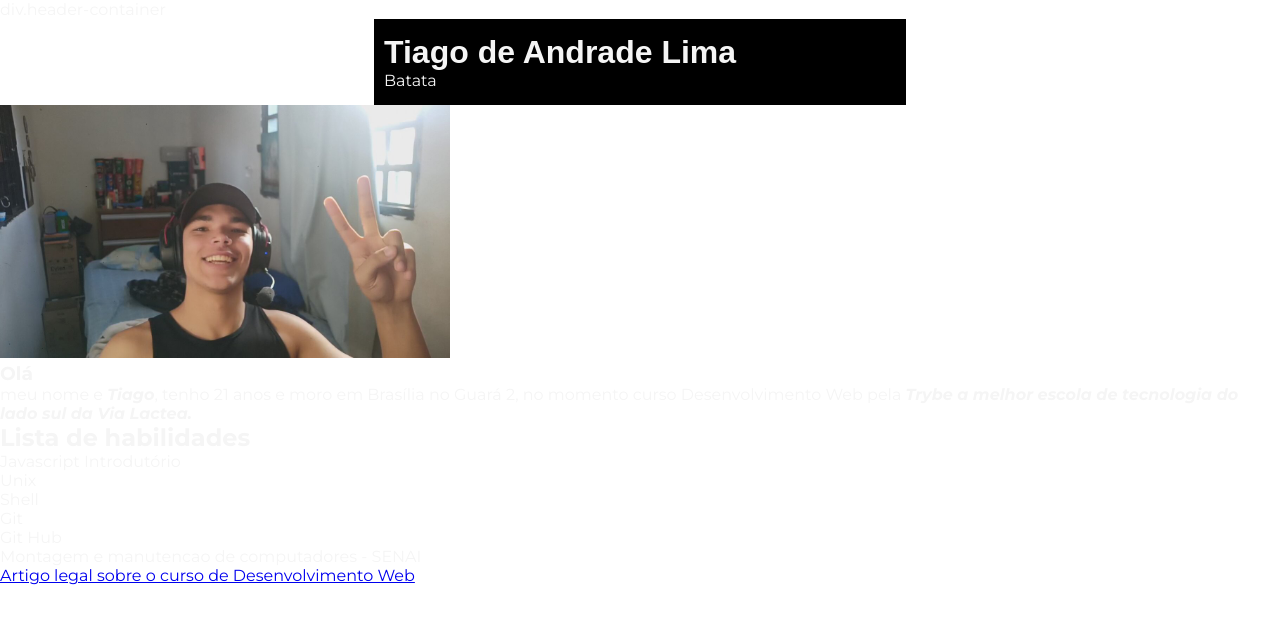
Repository: Batatiago/Batatiago.github.io
Page: index.html
An editor plug-in stored every save of this project. The page is shown before and after the next save, followed by the edit.
The browser window is 1280 px wide. The pictures show the whole page.

Above is the page before, as saved 2023-06-29 10:38:21.

### index.html
<!DOCTYPE html>
<html lang="pt-br">

<head>
  <meta charset="UTF-8">
  <title>Tiago de Andrade Lima</title>
  <link rel="preconnect" href="https://fonts.googleapis.com">
  <link rel="preconnect" href="https://fonts.gstatic.com" crossorigin>
  <link href="https://fonts.googleapis.com/css2?family=Montserrat:ital,wght@0,100;0,200;0,300;0,400;0,500;0,600;0,700;0,800;0,900;1,100;1,200;1,300;1,400;1,500;1,600;1,700;1,800;1,900&display=swap"
    rel="stylesheet">
  <link rel="stylesheet" href="style.css">
</head>

<body>
  div.header-container
  <div class="header">
    <h1 class="meuNome"> Tiago de Andrade Lima</h1>
    <p>Batata</p>
  </div>
  <div>
    <img src="2023-06-23-160707.jpg" alt="Imagem de Tiago" id="foto" width="450px">
    <h3>Olá</h3>
    <p class="descricao"> meu nome e <strong><em>Tiago</em></strong>, tenho 21 anos e moro em Brasília no Guará 2, no
      momento curso Desenvolvimento
      Web pela <strong><em>Trybe a melhor escola de tecnologia do lado sul da Via Lactea.</em></strong></p>
  </div>
  <div>
    <h2>Lista de habilidades</h2>
    <ul>
      <li class="javascript">Javascript Introdutório</li>
      <li class="unix">Unix</li>
      <li class="shell">Shell</li>
      <li class="git">Git</li>
      <li class="gitHub">Git Hub</li>
      <li>Montagem e manutencao de computadores - SENAI</li>
    </ul>
  </div>
  <a href="https://blog.betrybe.com/carreira/frontend/" target="_blank">Artigo legal sobre o curso de Desenvolvimento
    Web</a>
</body>

</html>

### style.css
* {
    margin: 0;
    padding: 0;
    border: 0;
}

body {
    font-family: 'Montserrat', sans-serif;
    color: whitesmoke;
}

.header-container {
    background-color: black;
}
.header {
    background-color: black;
    text-align: auto;
    padding: 15px 10px;
    width: 40%;
    margin: auto;
}


.meuNome {
    font-family: sans-serif;
}

After the next save:
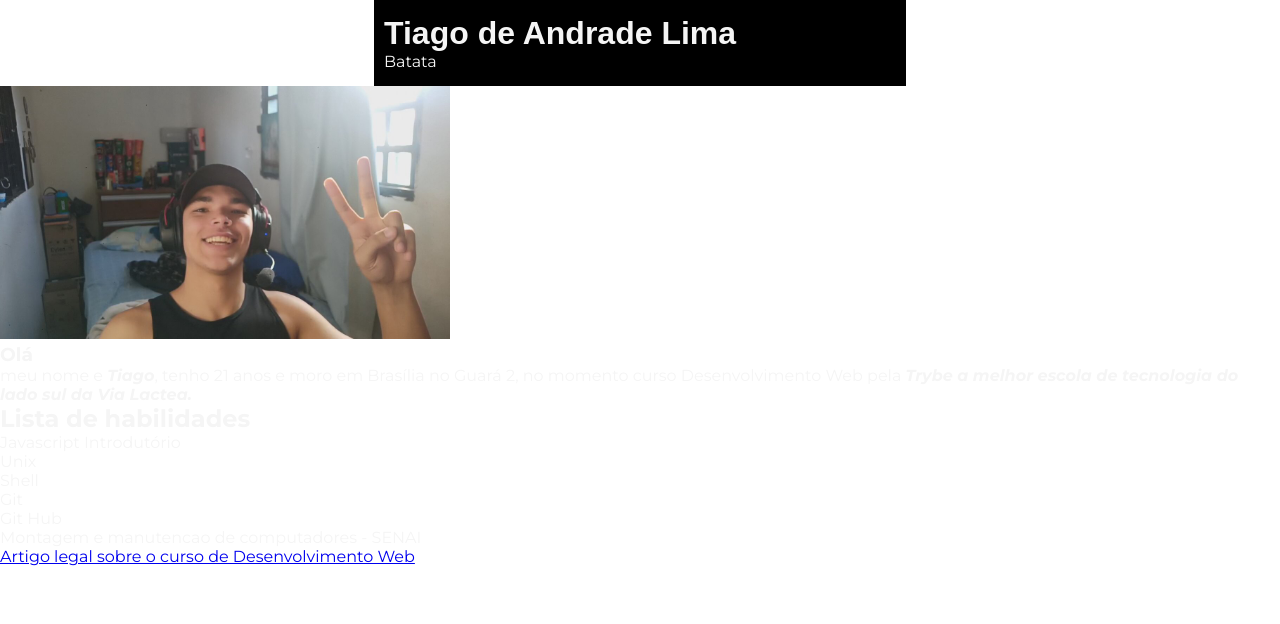
Saved 29 s later.
--- a/index.html
+++ b/index.html
@@ -6,16 +6,18 @@
   <title>Tiago de Andrade Lima</title>
   <link rel="preconnect" href="https://fonts.googleapis.com">
   <link rel="preconnect" href="https://fonts.gstatic.com" crossorigin>
-  <link href="https://fonts.googleapis.com/css2?family=Montserrat:ital,wght@0,100;0,200;0,300;0,400;0,500;0,600;0,700;0,800;0,900;1,100;1,200;1,300;1,400;1,500;1,600;1,700;1,800;1,900&display=swap"
+  <link
+    href="https://fonts.googleapis.com/css2?family=Montserrat:ital,wght@0,100;0,200;0,300;0,400;0,500;0,600;0,700;0,800;0,900;1,100;1,200;1,300;1,400;1,500;1,600;1,700;1,800;1,900&display=swap"
     rel="stylesheet">
   <link rel="stylesheet" href="style.css">
 </head>
 
 <body>
-  div.header-container
-  <div class="header">
-    <h1 class="meuNome"> Tiago de Andrade Lima</h1>
-    <p>Batata</p>
+  <div class="">
+    <div class="header">
+      <h1 class="meuNome"> Tiago de Andrade Lima</h1>
+      <p>Batata</p>
+    </div>
   </div>
   <div>
     <img src="2023-06-23-160707.jpg" alt="Imagem de Tiago" id="foto" width="450px">
